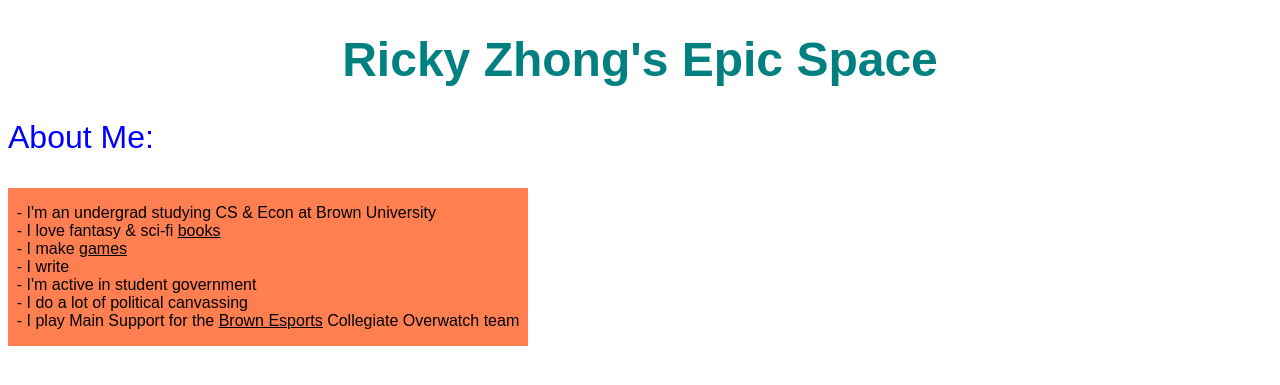
Repository: rickydaricky/rickydaricky.github.io
Page: index.html
An editor plug-in stored every save of this project. The page is shown before and after a run of saves, followed by the edit.
The browser window is 1280 px wide. The pictures show the whole page.

Above is the page before, as saved 2023-03-31 11:02:20.

After the next 2 saves:
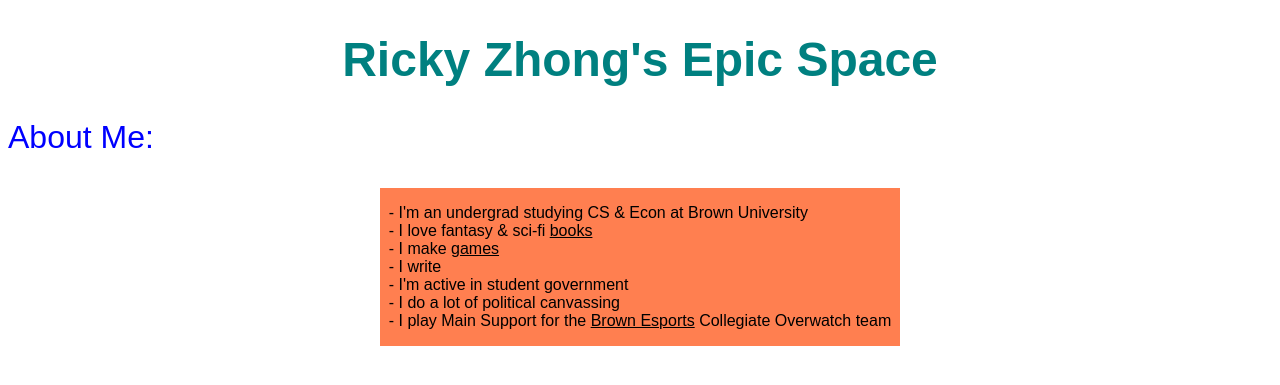
The 2 saves are shown as one change because they came seconds apart.
The last was saved 17 s later.
--- a/main.css
+++ b/main.css
@@ -20,6 +20,12 @@ html * {
   color: teal;
 }
 
+.about-container {
+  display: flex;
+  justify-content: center;
+  align-items: center;
+}
+
 .square {
   display: flex;
   justify-content: center;
